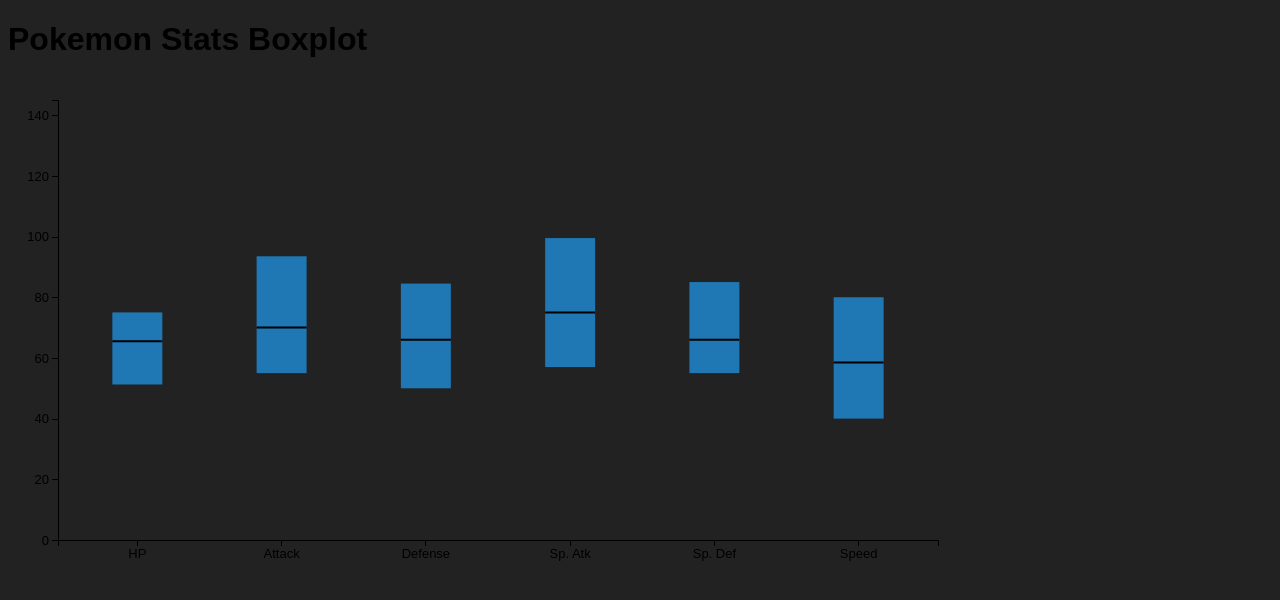
Repository: Cartterr/Proyecto-VisInfo
Page: Propuesta1_Tipos_Cajas.html
An editor plug-in stored every save of this project. The page is shown before and after the next save, followed by the edit.
The browser window is 1280 px wide. The pictures show the whole page.

Above is the page before, as saved 2023-06-27 22:15:44.

### Propuesta1_Tipos_Cajas.html
<!DOCTYPE html>
<html>
<head>
    <meta charset="utf-8">
    <title>Pokemon Stats Boxplot</title>
    <link rel="stylesheet" href="Propuesta1_Tipos_Cajas.css">
    <script src="https://d3js.org/d3.v7.min.js"></script>
</head>
<body>
    <h1>Pokemon Stats Boxplot</h1>
    <div id="boxplot"></div>
    <script src="Propuesta1_Tipos_Cajas.js"></script>
</body>
</html>

### Propuesta1_Tipos_Cajas.css
body {
    font-family: Arial, sans-serif;
    background-color: #222;
}

.box {
    fill: #1f77b4;
}

.median {
    stroke: black;
    stroke-width: 2px;
}

.axis text {
    font-size: 13px;
}

.axis line,
.axis path {
    fill: none;
    stroke: #000;
    shape-rendering: crispEdges;
}

### Propuesta1_Tipos_Cajas.js
d3.csv("pokemon.csv").then(data => {
    const types = Array.from(new Set(data.map(d => d["Type 1"])));
    const statNames = ["HP", "Attack", "Defense", "Sp. Atk", "Sp. Def", "Speed"];

    const margin = { top: 20, right: 30, bottom: 40, left: 50 },
        width = 960 - margin.left - margin.right,
        height = 500 - margin.top - margin.bottom;

    const svg = d3.select("#boxplot")
        .append("svg")
        .attr("width", width + margin.left + margin.right)
        .attr("height", height + margin.top + margin.bottom)
        .append("g")
        .attr("transform", `translate(${margin.left},${margin.top})`);

    const x = d3.scaleBand()
        .range([0, width])
        .padding(0.1);

    const y = d3.scaleLinear()
        .range([height, 0]);

    const xAxis = d3.axisBottom(x);
    const yAxis = d3.axisLeft(y);

    svg.append("g")
        .attr("class", "axis x-axis")
        .attr("transform", `translate(0,${height})`)
        .call(xAxis);

    svg.append("g")
        .attr("class", "axis y-axis")
        .call(yAxis);

    const updateBoxPlot = (selectedType) => {
        const typeData = data.filter(d => d["Type 1"] === selectedType);

        const typeStats = statNames.map(stat => typeData.map(d => +d[stat]));

        x.domain(statNames);
        y.domain([0, d3.max(typeStats, d => d3.max(d))]);

        svg.select(".x-axis")
            .call(xAxis);

        svg.select(".y-axis")
            .transition()
            .duration(250)
            .call(yAxis);

        const boxWidth = Math.min(50, x.bandwidth());

        svg.selectAll(".box")
            .data(typeStats)
            .join("rect")
            .transition()
            .duration(450)
            .attr("class", "box")
            .attr("x", (d, i) => x(statNames[i]) + (x.bandwidth() - boxWidth) / 2)
            .attr("width", boxWidth)
            .attr("y", d => y(d3.quantile(d, 0.75)))
            .attr("height", d => y(d3.quantile(d, 0.25)) - y(d3.quantile(d, 0.75)));

        typeList.selectAll("li")
            .classed("selected", d => d === selectedType);

        svg.selectAll(".median")
            .data(typeStats)
            .join("line")
            .transition()
            .duration(450)
            .attr("class", "median")
            .attr("x1", (d, i) => x(statNames[i]) + (x.bandwidth() - boxWidth) / 2)
            .attr("x2", (d, i) => x(statNames[i]) + (x.bandwidth() + boxWidth) / 2)
            .attr("y1", d => y(d3.median(d)))
            .attr("y2", d => y(d3.median(d)));
    };



    const typeList = d3.select("#typeList");
    typeList.selectAll("li")
        .data(types)
        .enter()
        .append("li")
        .text(d => d)
        .on("click", function () {
            const selectedType = d3.select(this).text();
            updateBoxPlot(selectedType);
        });

    // Initialize with the first type
    updateBoxPlot(types[0]);
});

After the next save:
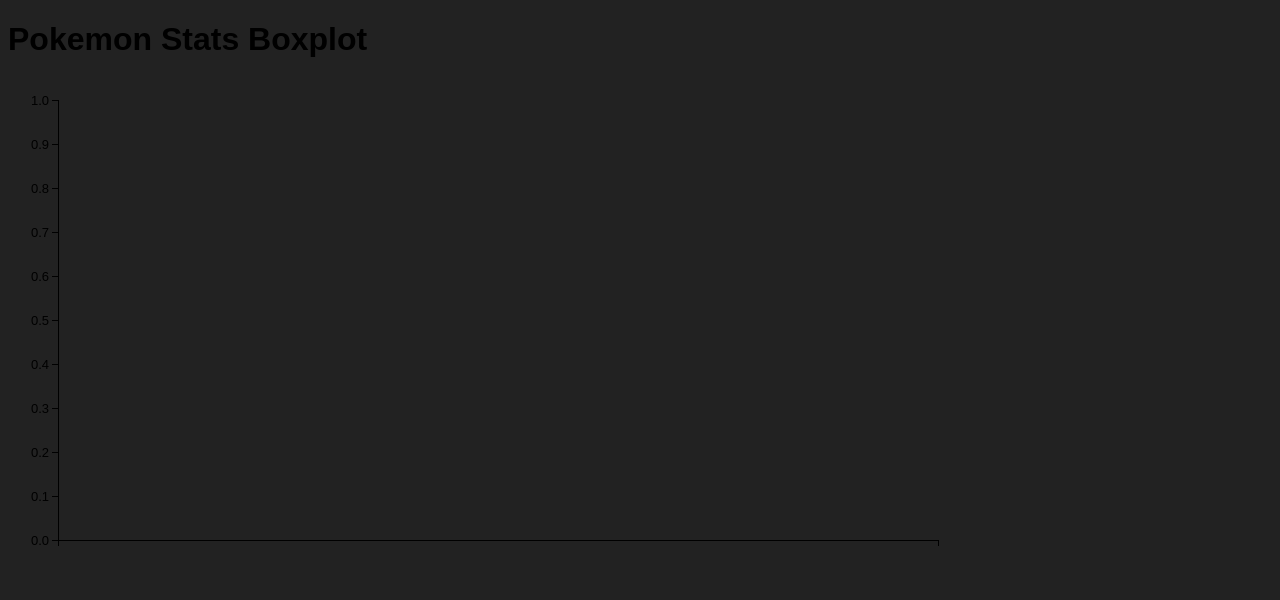
Console error: ReferenceError: brushed is not defined
Saved 75 s later.
--- a/Propuesta1_Tipos_Cajas.js
+++ b/Propuesta1_Tipos_Cajas.js
@@ -1,4 +1,14 @@
+
+
+
+
+
+
+
 d3.csv("pokemon.csv").then(data => {
+
+
+
     const types = Array.from(new Set(data.map(d => d["Type 1"])));
     const statNames = ["HP", "Attack", "Defense", "Sp. Atk", "Sp. Def", "Speed"];
 
@@ -77,6 +87,18 @@
     };
 
 
+    let brush = d3.brushX()
+    .extent([[margin.left, 0], [width + margin.left, height]])
+    .on('brush', brushed)
+    .on('end', brushended);
+
+    svg.append('g')
+        .attr('class', 'brush')
+        .call(brush);
+
+
+
+
 
     const typeList = d3.select("#typeList");
     typeList.selectAll("li")

After the save that followed:
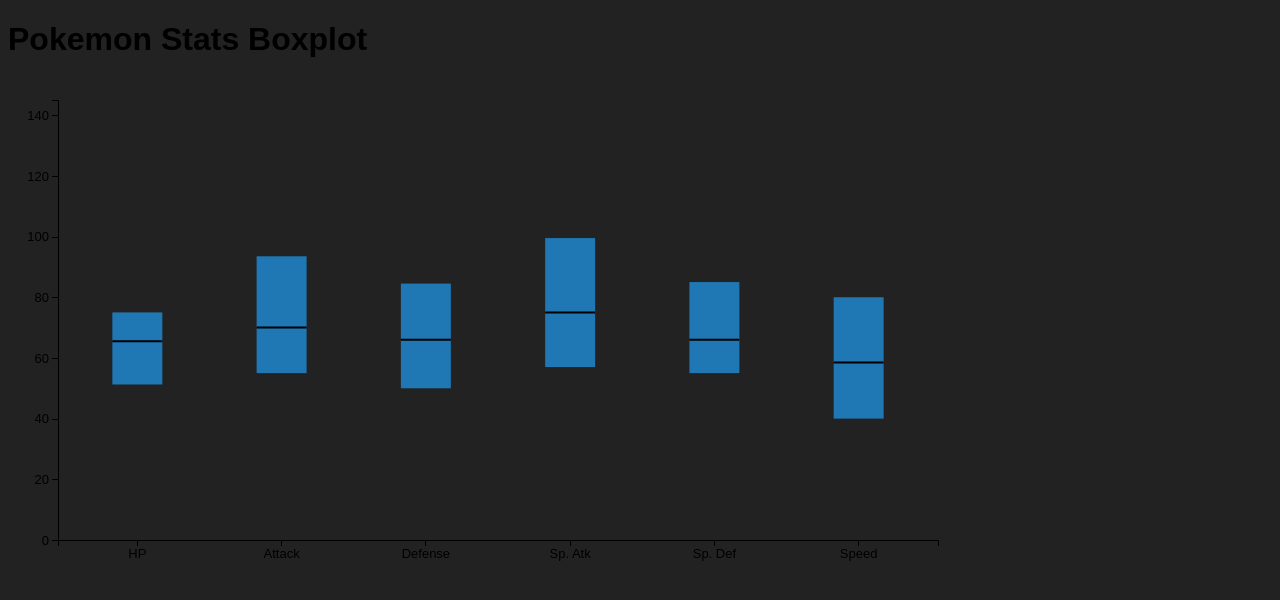
The error is gone.
Saved 15 s later.
--- a/Propuesta1_Tipos_Cajas.js
+++ b/Propuesta1_Tipos_Cajas.js
@@ -87,15 +87,6 @@
     };
 
 
-    let brush = d3.brushX()
-    .extent([[margin.left, 0], [width + margin.left, height]])
-    .on('brush', brushed)
-    .on('end', brushended);
-
-    svg.append('g')
-        .attr('class', 'brush')
-        .call(brush);
-
 
 
 
